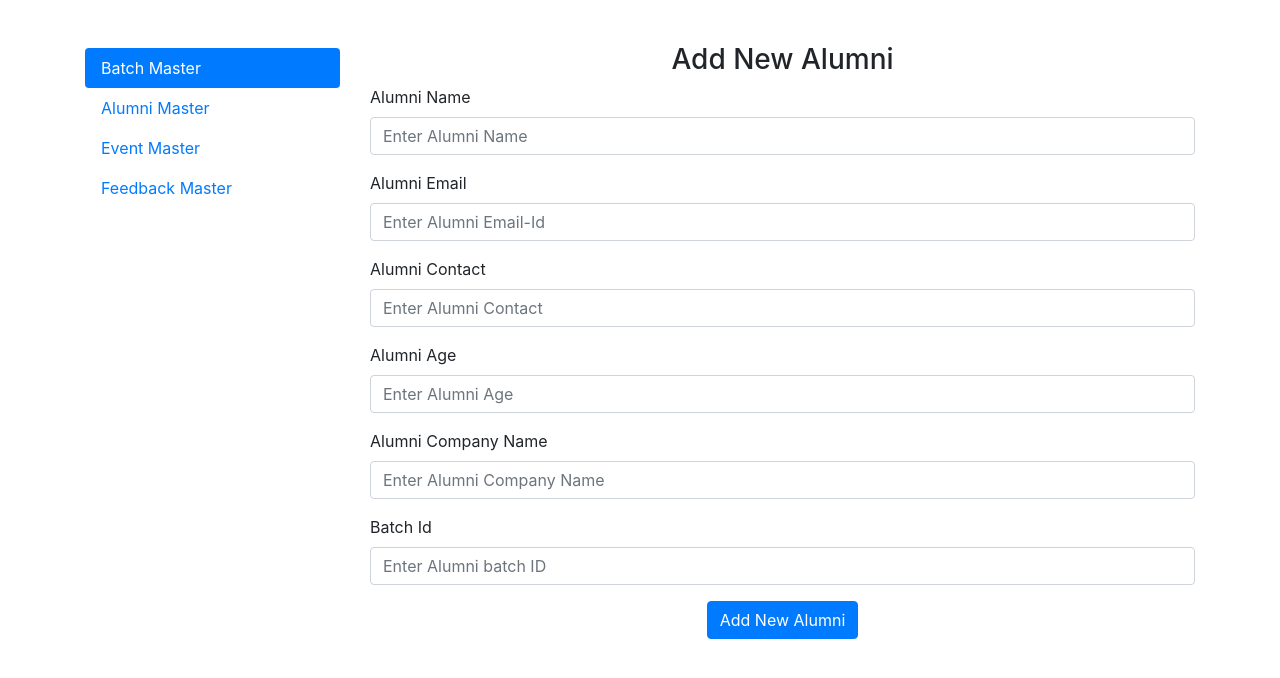
Repository: Shreyash1107/Web_Projects
Page: http://localhost/AlumnieventmanagementApplication/AddAlumni.jsp
These files come from the project's save history. The page is drawn as it stood at one moment and after the next save; the edit follows.
The browser window is 1280 px wide. The pictures show the whole page.
The page is served by Tomcat 9. Nobody is signed in. The application's start-up code is not run.

Above is the page before, as saved 2024-07-31 17:17:13.

After the next save:
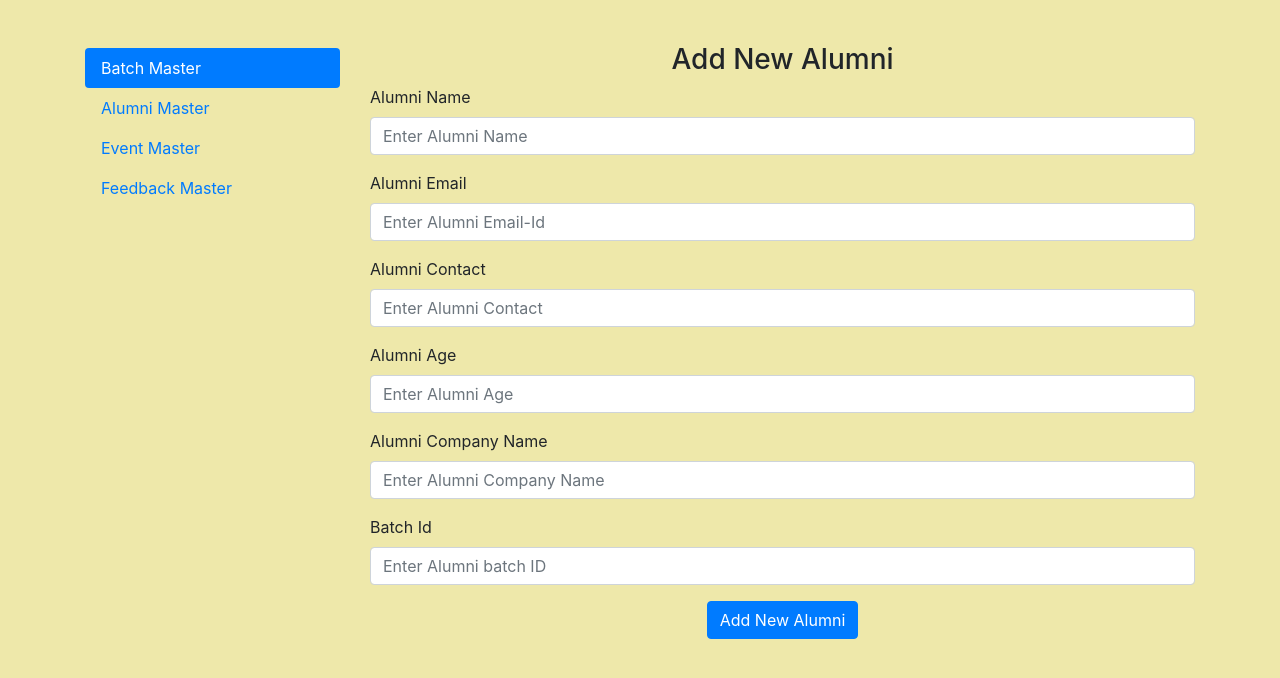
Saved 10 min 20 s later.
--- a/AlumnieventmanagementApplication/src/main/webapp/CSS/Addalumni.css
+++ b/AlumnieventmanagementApplication/src/main/webapp/CSS/Addalumni.css
@@ -1,7 +1,7 @@
 @charset "ISO-8859-1";
 body
 {
-	overflow: hidden;
+	background-color:palegoldenrod;
 }
 .text-center
 {
